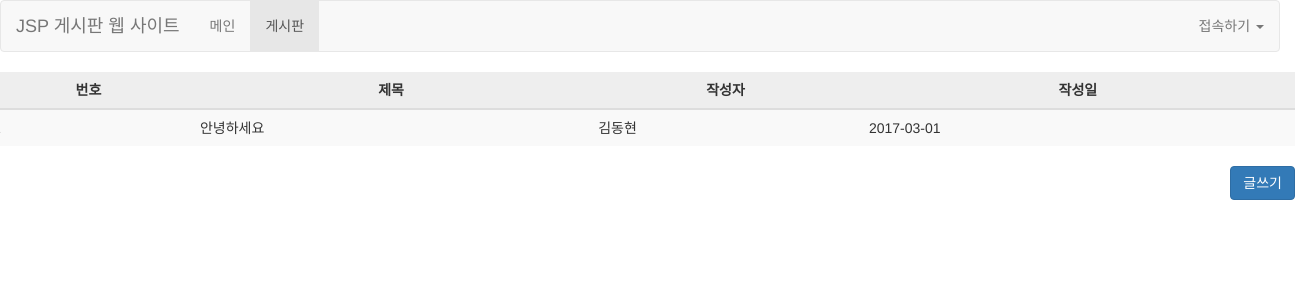
Repository: GorillaDunk/JSP
Page: http://localhost/BBS/bbs.jsp
The author's editor kept a copy of each file at every save. The page is drawn from the files as they stood at one save, then again after the next save.
The browser window is 1280 px wide. The page is 1295 px wide, so the pictures cover 1295 px, including what lies to the right of the window. The pictures show the whole page.
Some web libraries are served in a nearby version. The page is served by Tomcat 9.

Above is the page before, as saved 2023-10-14 11:42:40.

After the next save:
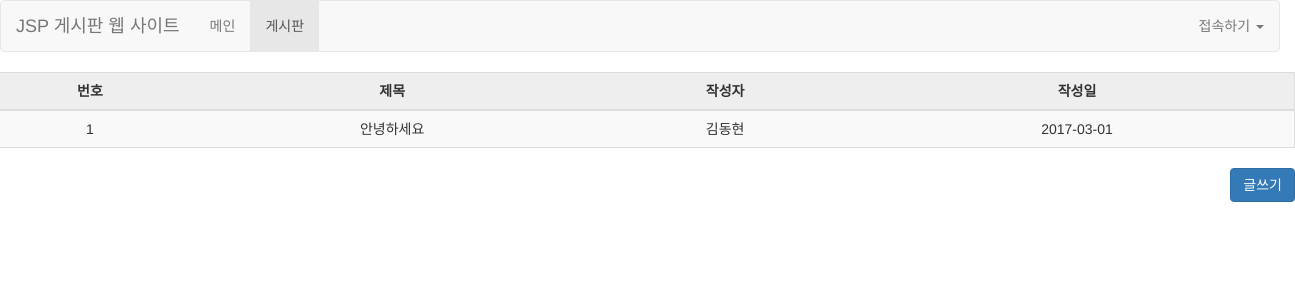
Saved 68 s later.
--- a/projects/BBS/src/main/webapp/bbs.jsp
+++ b/projects/BBS/src/main/webapp/bbs.jsp
@@ -74,7 +74,7 @@
 
 	<div class="cotainer">
 		<div class="row">
-			<table class="table table-striped" style="text-align: center, border: 1px solid #dddddd">
+			<table class="table table-striped" style="text-align: center; border: 1px solid #dddddd">
 			<thead>
 				<tr>
 					<th style="background-color:#eeeeee; text-align: center;">번호 </th>
